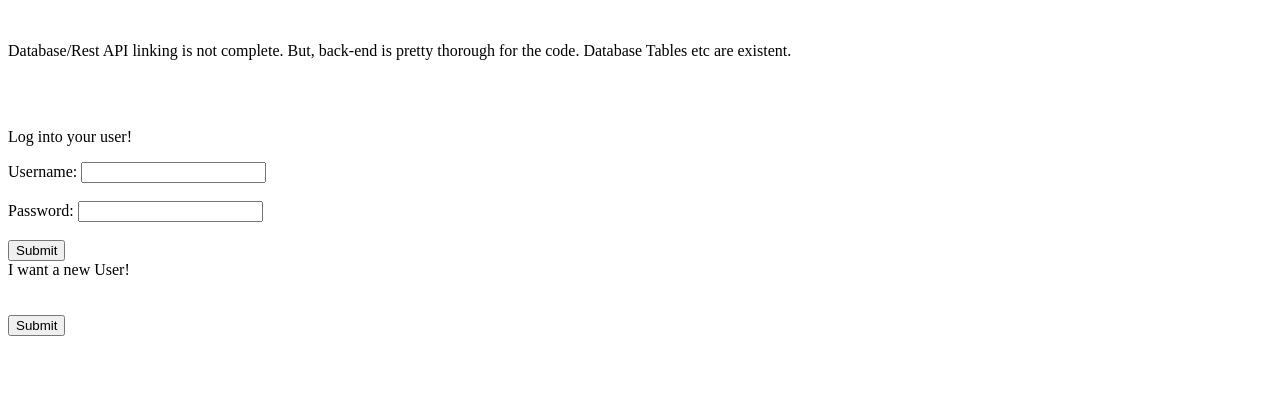
Repository: hcm4990/BankingApplicationRestAPI
Page: gs-serving-web-content-complete/src/main/resources/static/index.html
These files come from the project's save history. The page is drawn as it stood at one moment and after the next save; the edit follows.
The browser window is 1280 px wide. The pictures show the whole page.

Above is the page before, as saved 2020-04-06 15:26:26.

After the next save:
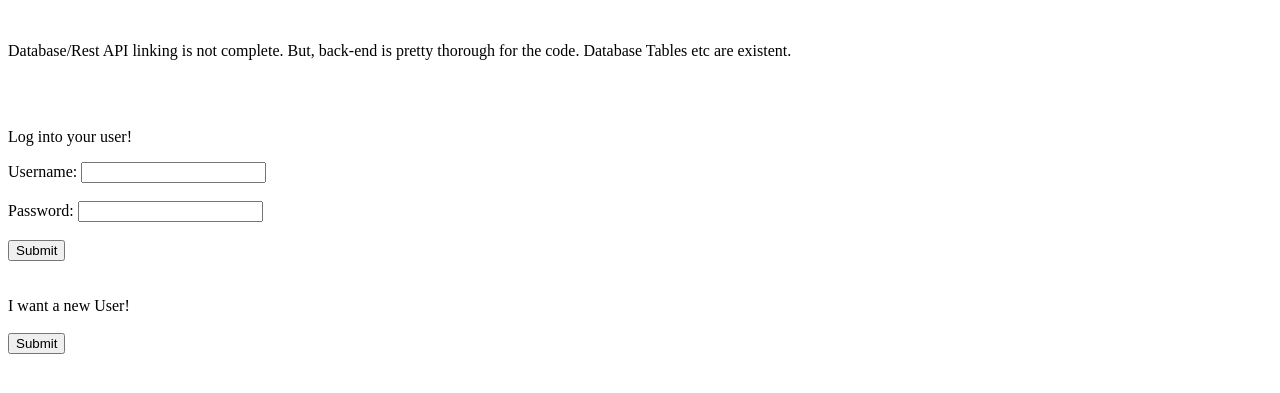
Saved 31 s later.
--- a/gs-serving-web-content-complete/src/main/resources/static/index.html
+++ b/gs-serving-web-content-complete/src/main/resources/static/index.html
@@ -16,9 +16,9 @@
 		<label for="pass_word">Password:</label> <input type="text" id="pass_word"
 			name="pass_word"><br>
 		<br> <input type="submit" value="Submit">
-	</form>
+	</form> <br> <br>
 	<form action="/newUser">
-		<label for="user_id">I want a new User!</label><br> <br>
+		<label for="user_id">I want a new User!</label><br>
 		<br> <input type="submit" value="Submit">
 	</form>
 </body>
